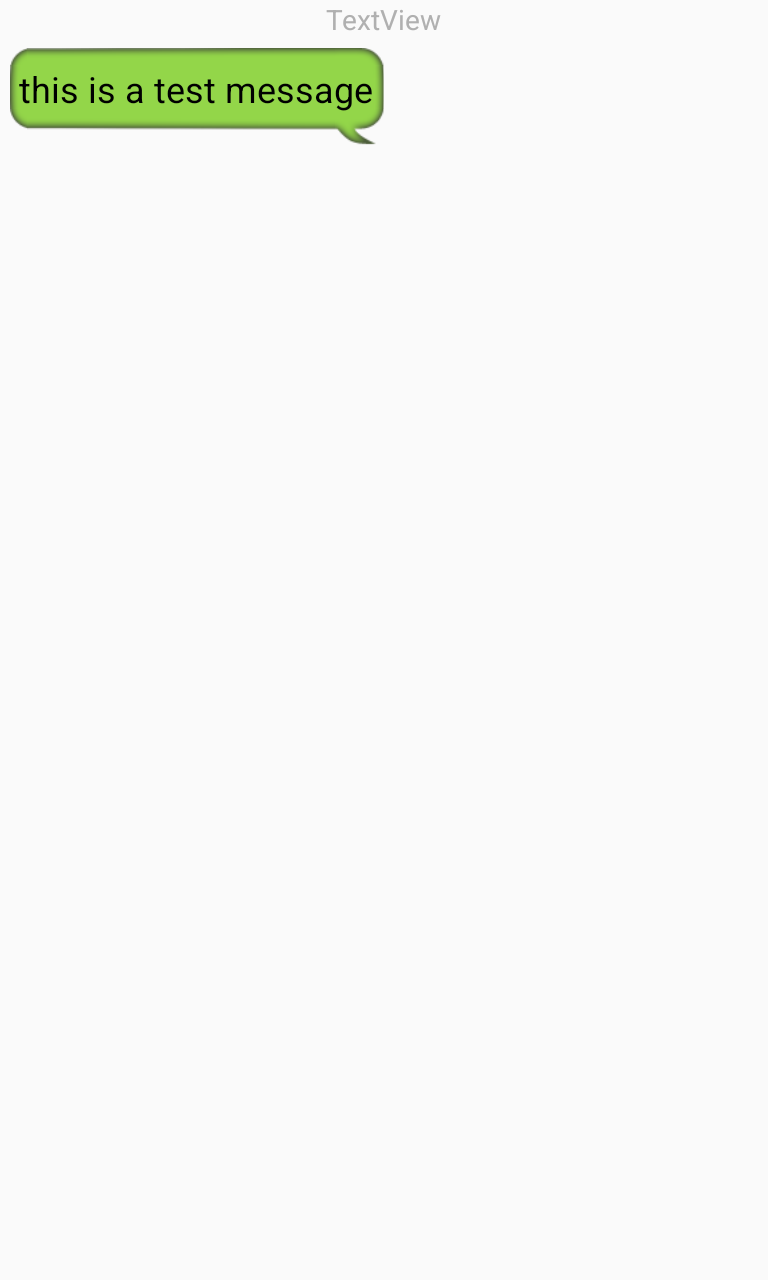
Repository: fareehaamjad/SMI-final
Layout: SecureMobileIdentity/res/layout/sms_row.xml
An editor plug-in stored every save of this project. The layout is shown before and after the next save, followed by the edit.
It is drawn on a 768 x 1280 px phone screen (xhdpi) without system bars, with theme AppTheme; the app's code is not run.

Above is the layout before, as saved 2015-08-22 09:37:08.

After the next save:
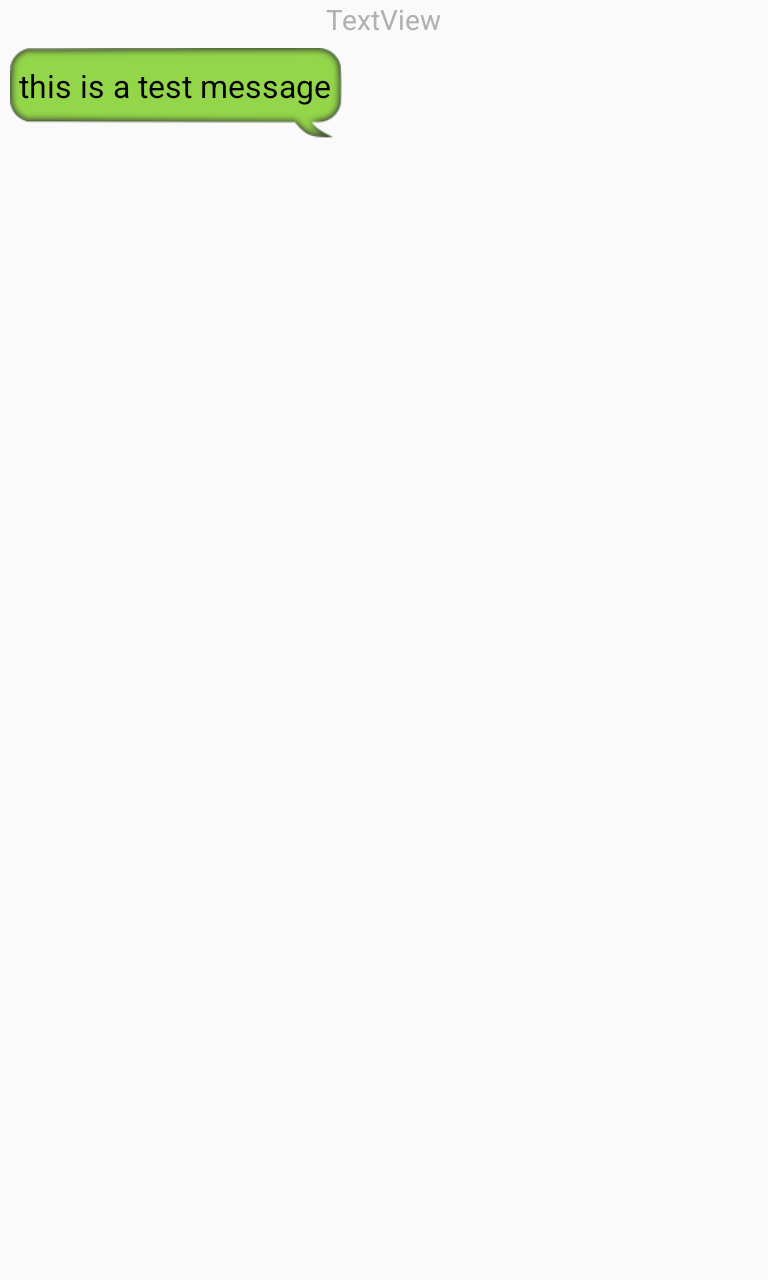
Saved 12 s later.
--- a/SecureMobileIdentity/res/layout/sms_row.xml
+++ b/SecureMobileIdentity/res/layout/sms_row.xml
@@ -24,6 +24,6 @@
         android:shadowDy="1"
         android:textColor="@color/textColor"
         android:text="this is a test message"
-        android:textSize="18sp" />
+        android:textSize="16sp" />
 
 </LinearLayout>
